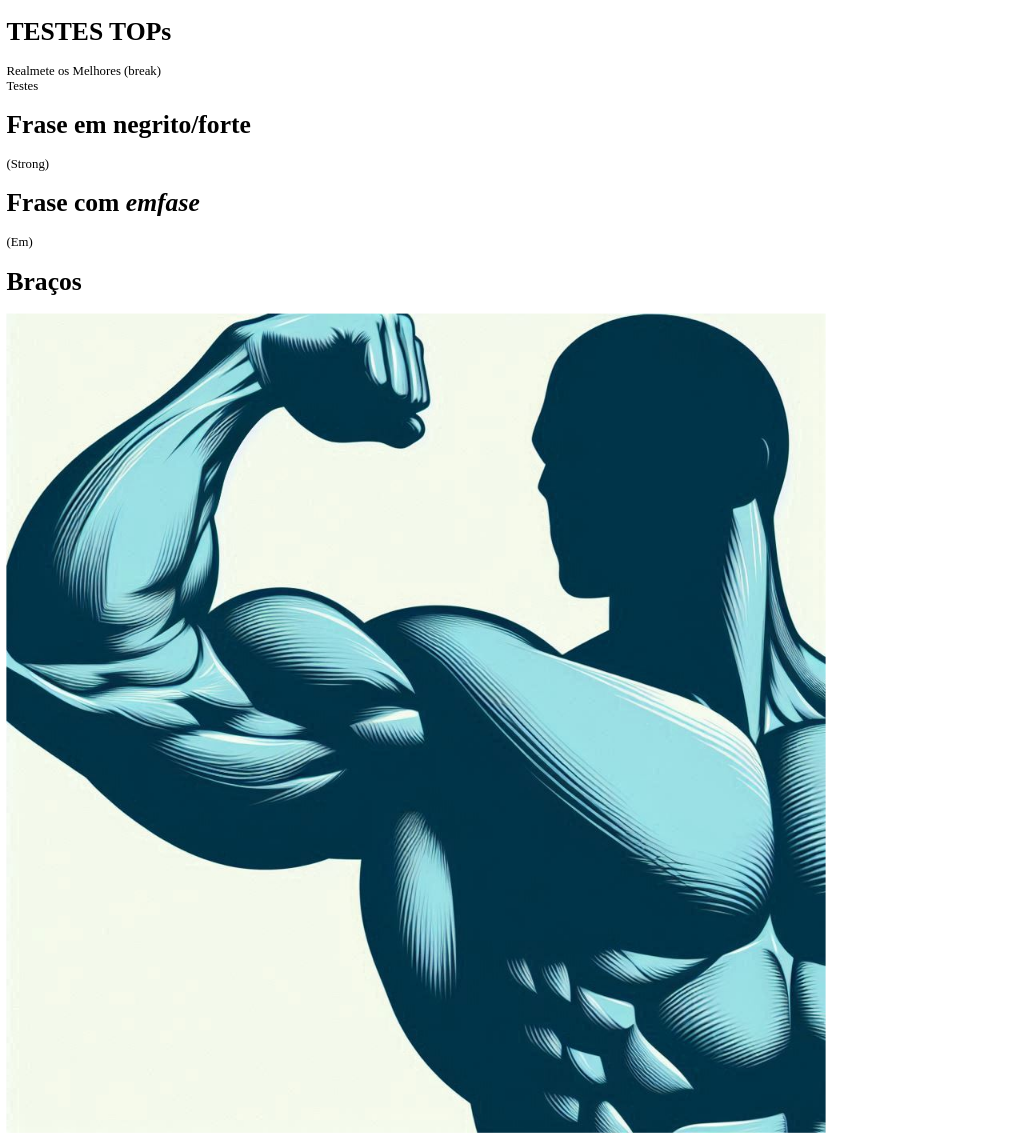
Repository: LuidyOn/Site_Forca_Total
Page: ForçaTotal/teste.html
An editor plug-in stored every save of this project. The page is shown before and after a run of saves, followed by the edit.
The browser window is 1280 px wide. The pictures show the whole page, at 80% of full size.

Above is the page before, as saved 2025-05-13 19:00:29.

After the next 3 saves:
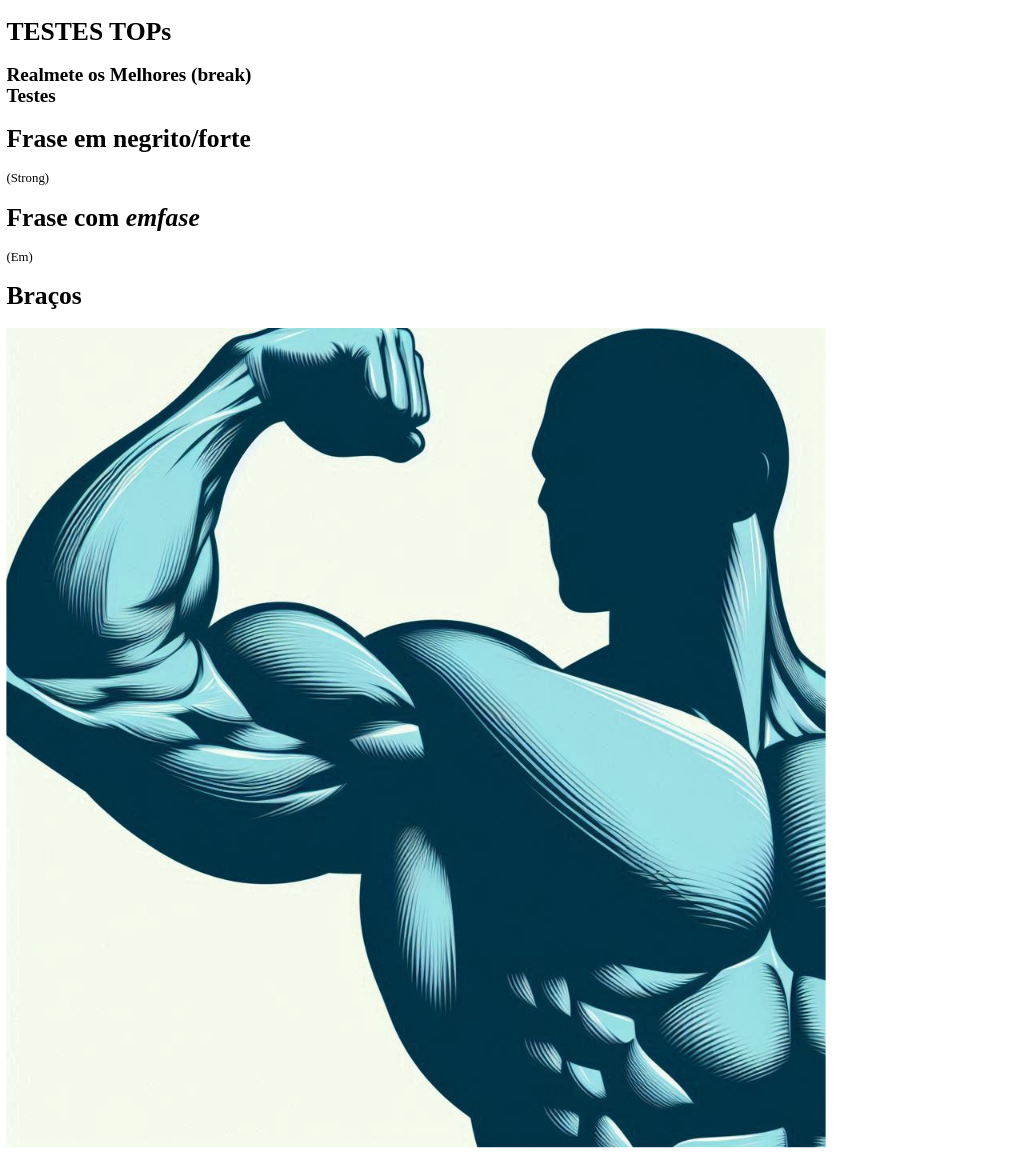
The 3 saves are shown as one change because they came seconds apart.
The last was saved 9 s later.
--- a/ForçaTotal/teste.html
+++ b/ForçaTotal/teste.html
@@ -10,7 +10,7 @@
 
 <h1>TESTES TOPs</h1>
 
-  <h2></h2>Realmete os Melhores (break)<br> Testes </p>
+  <h2>Realmete os Melhores (break)<br> Testes</h2>
 
 <H1>Frase em <strong>negrito/forte</strong> </H1>
 <p>(Strong) </p>
